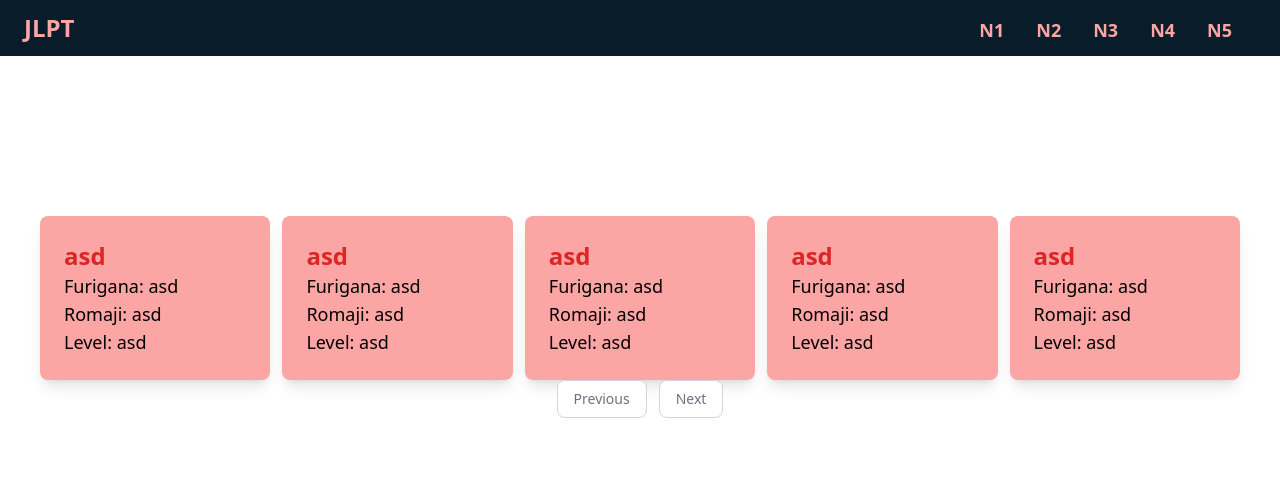
Repository: Penglee25/JLPT-vocabulary
Page: /n1
The author's editor kept a copy of each file at every save. The page is drawn from the files as they stood at one save, then again after the next save.
The browser window is 1280 px wide. The pictures show the whole page.
The project was rebuilt for these pictures with package versions that can differ from the ones it lists, and the page was loaded fresh each time. The framework's server and built-in components were replaced by stand-ins that run in the browser. Also part of the build but not shown: next.config.js, src/styles/main.css.

Above is the page before, as saved 2023-03-17 13:41:02.

After the next save:
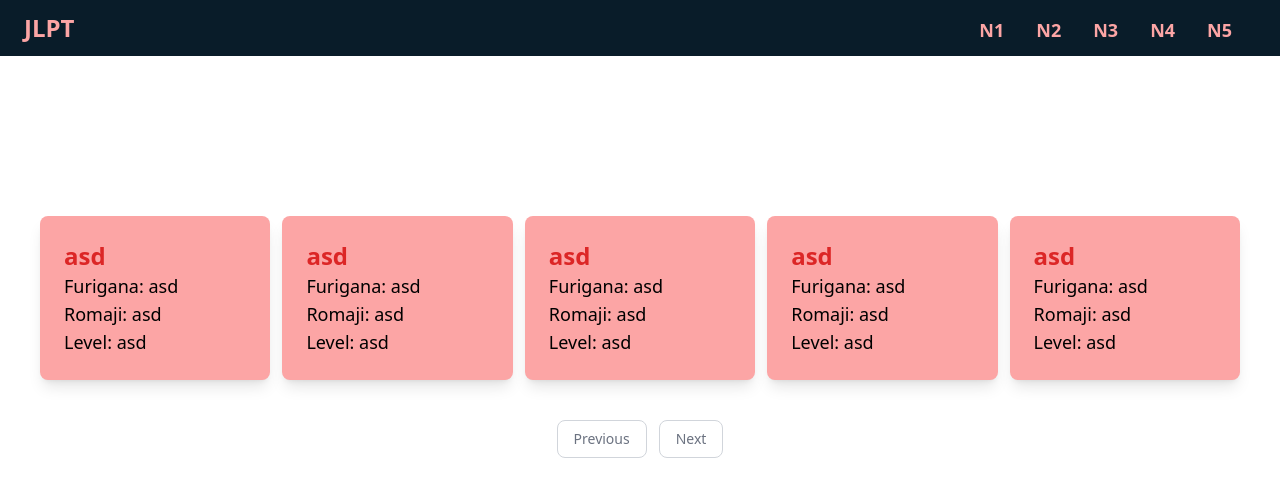
Saved 5 s later.
--- a/src/pages/n1.tsx
+++ b/src/pages/n1.tsx
@@ -40,7 +40,7 @@ export default function n1() {
                         <p className='my-0 text-lg'>Level: asd</p>
                     </div>
                 </div>
-                <div className="pagination text-center">
+                <div className="pagination text-center mt-10">
                     <a href="#" className="inline-flex items-center px-4 py-2 text-sm font-medium text-gray-500 bg-white border border-gray-300 rounded-lg hover:bg-gray-100 hover:text-gray-700 dark:bg-gray-800 dark:border-gray-700 dark:text-gray-400 dark:hover:bg-gray-700 dark:hover:text-white">
                         Previous
                     </a>
